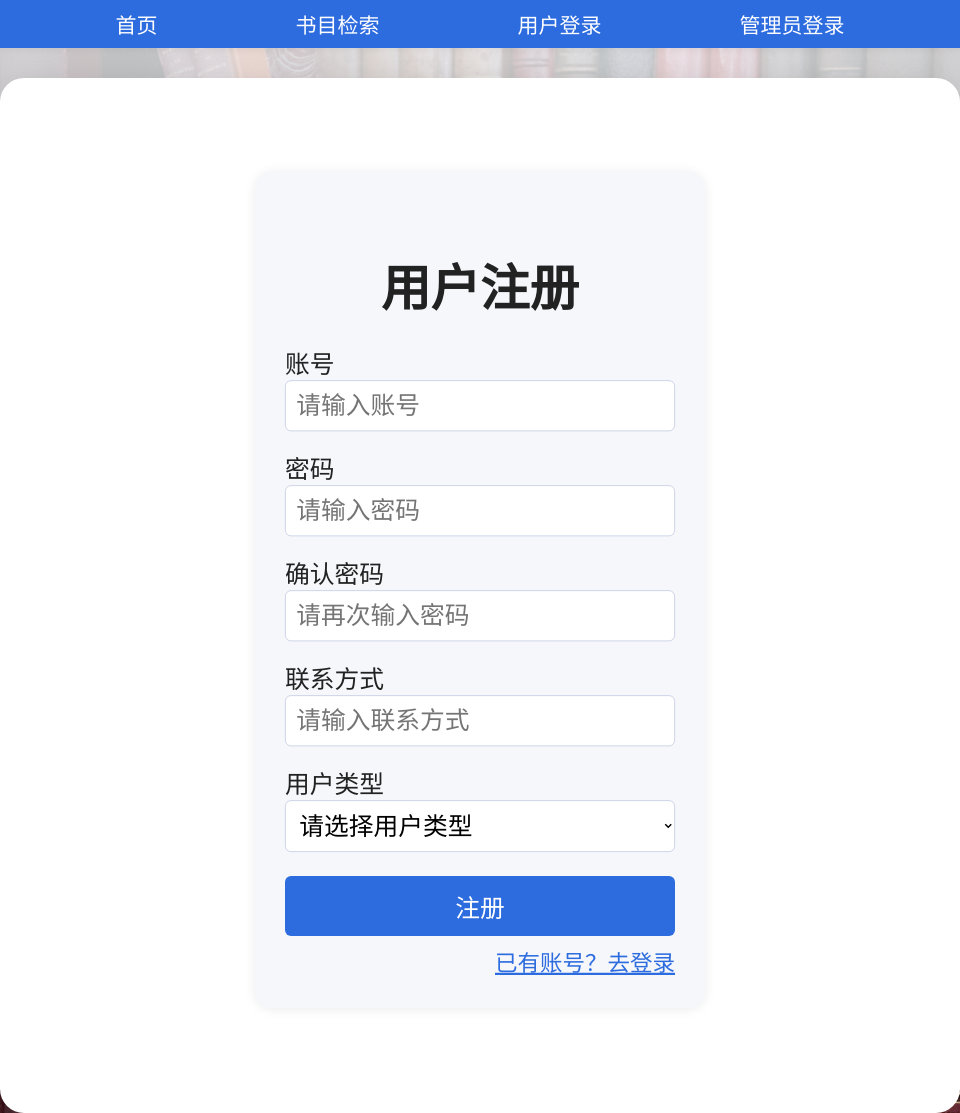
Repository: MercuryRandom/Library-Resource-Management-System
Page: /register (app in frontend/)
The author's editor kept a copy of each file at every save. The page is drawn from the files as they stood at one save, then again after the next save.
The browser window is 1280 px wide. The pictures show the whole page, at 75% of full size.
Backgrounds fixed to the window are drawn as part of the page. The project was rebuilt for these pictures with package versions that can differ from the ones it lists, and the page was loaded fresh each time. Also part of the build but not shown: frontend/vite.config.js, frontend/src/pages/HomePage.jsx, frontend/src/pages/SearchPage.jsx, frontend/src/pages/LoginPage.jsx, frontend/src/pages/AdminLoginPage.jsx, frontend/src/pages/AdminPage.jsx, frontend/src/pages/admin/ReaderManagementPage.jsx, frontend/src/pages/admin/BookManagementPage.jsx and 1 more.

Above is the page before, as saved 2025-06-25 21:20:57.

### frontend/index.html
<!DOCTYPE html>
<html lang="zh-CN">

<head>
  <meta charset="UTF-8" />
  <link rel="icon" type="image/svg+xml" href="/vite.svg" />
  <meta name="viewport" content="width=device-width, initial-scale=1.0" />
  <title>图书管理系统</title>
</head>

<body>
  <div id="root"></div>
  <script type="module" src="/src/main.jsx"></script>
</body>

</html>

### frontend/src/App.jsx
import { BrowserRouter as Router, Routes, Route, useNavigate } from 'react-router-dom';
import MainLayout from './layout/MainLayout';
import HomePage from './pages/HomePage';
import SearchPage from './pages/SearchPage';
import LoginPage from './pages/LoginPage';
import RegisterPage from './pages/RegisterPage';
import UserLibraryPage from './pages/UserLibraryPage';
import AdminLoginPage from './pages/AdminLoginPage';
import AdminPage from './pages/AdminPage';
import ReaderManagementPage from './pages/admin/ReaderManagementPage';
import BookManagementPage from './pages/admin/BookManagementPage';
import BorrowManagementPage from './pages/admin/BorrowManagementPage';
import './App.css';

function App() {
  return (
    <Router>
      <Routes>
        <Route path="/" element={<MainLayout />}>
          <Route index element={<HomePage />} />
          <Route path="search" element={<SearchPage />} />
          <Route path="login" element={<LoginPage />} />
          <Route path="register" element={<RegisterPage />} />
          <Route path="library" element={<UserLibraryPage />} />
          <Route path="admin-login" element={<AdminLoginPage />} />
          <Route path="admin" element={<AdminPage />}>
            <Route path="readers" element={<ReaderManagementPage />} />
            <Route path="books" element={<BookManagementPage />} />
            <Route path="borrowing" element={<BorrowManagementPage />} />
          </Route>
        </Route>
      </Routes>
    </Router>
  );
}

export default App;

### frontend/src/layout/MainLayout.jsx
import React from 'react';
import { Outlet, NavLink } from 'react-router-dom';

const MainLayout = () => {
  return (
    <div>
      <nav>
        <ul>
          <li>
            <NavLink to="/" end className={({ isActive }) => isActive ? 'active' : ''}>首页</NavLink>
          </li>
          <li>
            <NavLink to="/search" className={({ isActive }) => isActive ? 'active' : ''}>书目检索</NavLink>
          </li>
          <li>
            <NavLink to="/login" className={({ isActive }) => isActive ? 'active' : ''}>用户登录</NavLink>
          </li>
          <li>
            <NavLink to="/admin-login" className={({ isActive }) => isActive ? 'active' : ''}>管理员登录</NavLink>
          </li>
        </ul>
      </nav>
      <hr style={{ border: 'none', margin: 0 }} />
      <main>
        <Outlet />
      </main>
    </div>
  );
};

export default MainLayout;

### frontend/src/pages/RegisterPage.jsx
import React, { useState } from 'react';
import { useNavigate } from 'react-router-dom';

const RegisterPage = () => {
  const [username, setUsername] = useState('');
  const [password, setPassword] = useState('');
  const [confirm, setConfirm] = useState('');
  const [contact, setContact] = useState('');
  const [userType, setUserType] = useState('');
  const [error, setError] = useState('');
  const navigate = useNavigate();

  const handleRegister = (e) => {
    e.preventDefault();
    if (!username || !password || !confirm || !contact || !userType) {
      setError('请填写所有信息');
      return;
    }
    if (password !== confirm) {
      setError('两次输入的密码不一致');
      return;
    }
    setError('');
    alert('注册成功，请登录！');
    navigate('/login');
  };

  return (
    <div className="form-card">
      <h2>用户注册</h2>
      <form onSubmit={handleRegister}>
        <label htmlFor="username">账号</label>
        <input
          type="text"
          id="username"
          value={username}
          onChange={(e) => setUsername(e.target.value)}
          placeholder="请输入账号"
        />
        <label htmlFor="password">密码</label>
        <input
          type="password"
          id="password"
          value={password}
          onChange={(e) => setPassword(e.target.value)}
          placeholder="请输入密码"
        />
        <label htmlFor="confirm">确认密码</label>
        <input
          type="password"
          id="confirm"
          value={confirm}
          onChange={(e) => setConfirm(e.target.value)}
          placeholder="请再次输入密码"
        />
        <label htmlFor="contact">联系方式</label>
        <input
          type="text"
          id="contact"
          value={contact}
          onChange={(e) => setContact(e.target.value)}
          placeholder="请输入联系方式"
        />
        <label htmlFor="userType">用户类型</label>
        <select
          id="userType"
          value={userType}
          onChange={e => setUserType(e.target.value)}
          style={{ width: '100%', padding: '14px', fontSize: '1.1em', border: '1px solid #bfc8e0', borderRadius: '8px', marginBottom: '24px', background: '#fff' }}
        >
          <option value="">请选择用户类型</option>
          <option value="学生">学生</option>
          <option value="教职工">教职工</option>
        </select>
        {error && <div style={{ color: 'red', marginBottom: 12 }}>{error}</div>}
        <button type="submit">注册</button>
      </form>
      <span className="form-link" onClick={() => navigate('/login')}>已有账号？去登录</span>
    </div>
  );
};

export default RegisterPage;

### frontend/src/pages/UserLibraryPage.jsx
import React, { useState } from 'react';

const features = [
  { key: 'history', title: '借阅历史查询', desc: '查看我的借阅记录和归还情况', icon: '📖' },
  { key: 'borrow', title: '图书借阅', desc: '在线借阅图书，方便快捷', icon: '📚' },
  { key: 'return', title: '图书归还', desc: '归还已借阅的图书', icon: '🔄' },
  { key: 'reserve', title: '预约借书', desc: '提前预约心仪的图书', icon: '📝' },
];

const featureContent = {
  history: <div style={{ fontSize: 24, marginTop: 24 }}>这里显示借阅历史（示例内容）。</div>,
  borrow: <div style={{ fontSize: 24, marginTop: 24 }}>这里是图书借阅功能（示例内容）。</div>,
  return: <div style={{ fontSize: 24, marginTop: 24 }}>这里是图书归还功能（示例内容）。</div>,
  reserve: <div style={{ fontSize: 24, marginTop: 24 }}>这里是预约借书功能（示例内容）。</div>,
};

const UserLibraryPage = () => {
  const [selected, setSelected] = useState('history');
  return (
    <div>
      <h2 style={{ fontSize: 44, marginBottom: 36, textAlign: 'center' }}>我的图书馆</h2>
      <div style={{ display: 'flex', justifyContent: 'space-between', gap: 40, marginBottom: 40 }}>
        {features.map(f => (
          <FeatureCard key={f.key} {...f} selected={selected === f.key} onClick={() => setSelected(f.key)} />
        ))}
      </div>
      <div>{featureContent[selected]}</div>
    </div>
  );
};

const FeatureCard = ({ title, desc, icon, selected, onClick }) => (
  <div
    className="card-hover"
    style={{
      flex: 1,
      background: selected ? '#e3eafc' : '#f5f7fb',
      borderRadius: 18,
      boxShadow: '0 2px 12px rgba(0,0,0,0.04)',
      padding: '48px 18px',
      textAlign: 'center',
      minWidth: 180,
      cursor: 'pointer',
      fontSize: 28,
      border: selected ? '2.5px solid #2d6cdf' : '2.5px solid transparent',
      fontWeight: 600,
      transition: 'all 0.2s',
    }}
    onClick={onClick}
  >
    <div style={{ fontSize: 60, marginBottom: 22 }}>{icon}</div>
    <div style={{ fontSize: 30, fontWeight: 700, marginBottom: 16 }}>{title}</div>
    <div style={{ color: '#666', fontSize: 22 }}>{desc}</div>
  </div>
);

export default UserLibraryPage;

### frontend/src/App.css
body {
  margin: 0;
  padding: 0;
  font-family: 'Segoe UI', 'Arial', sans-serif;
  background: url('/image.png') no-repeat center center fixed;
  background-size: cover;
  color: #222;
  font-size: 24px;
  position: relative;
}

body::before {
  content: '';
  position: fixed;
  left: 0;
  top: 0;
  right: 0;
  bottom: 0;
  background: rgba(255, 255, 255, 0.75);
  /* 可调整透明度和颜色 */
  z-index: 0;
  pointer-events: none;
}

#root {
  min-height: 100vh;
  display: flex;
  flex-direction: column;
  position: relative;
  z-index: 1;
}

nav {
  background: #2d6cdf;
  padding: 0 0;
  box-shadow: 0 2px 8px rgba(0, 0, 0, 0.04);
}

nav ul {
  display: flex;
  justify-content: center;
  align-items: center;
  margin: 0;
  padding: 0;
  list-style: none;
  height: 64px;
}

nav ul li {
  margin: 0 60px;
}

nav ul li a {
  color: #fff;
  text-decoration: none;
  font-size: 28px;
  font-weight: 500;
  padding: 14px 32px;
  border-radius: 8px;
  transition: background 0.2s;
}

nav ul li a:hover,
nav ul li a.active {
  background: #174ea6;
}

main {
  flex: 1;
  max-width: 1600px;
  margin: 40px auto 0 auto;
  background: #fff;
  border-radius: 32px;
  box-shadow: 0 4px 32px rgba(0, 0, 0, 0.10);
  padding: 64px 80px 80px 80px;
  font-size: 1.25em;
  position: relative;
  z-index: 2;
}

/* 登录/注册卡片样式 */
.form-card {
  max-width: 520px;
  margin: 60px auto;
  padding: 48px 40px 40px 40px;
  background: #f5f7fb;
  border-radius: 24px;
  box-shadow: 0 2px 16px rgba(0, 0, 0, 0.08);
}

.form-card h2 {
  text-align: center;
  margin-bottom: 32px;
  font-size: 2.2em;
}

.form-card label {
  font-size: 1.1em;
  margin-bottom: 8px;
}

.form-card input {
  width: 100%;
  padding: 14px;
  font-size: 1.1em;
  border: 1px solid #bfc8e0;
  border-radius: 8px;
  margin-bottom: 24px;
  background: #fff;
  box-sizing: border-box;
}

.form-card button {
  width: 100%;
  padding: 16px;
  font-size: 1.1em;
  background: #2d6cdf;
  color: #fff;
  border: none;
  border-radius: 8px;
  margin-top: 8px;
  cursor: pointer;
  transition: background 0.2s;
}

.form-card button:hover {
  background: #174ea6;
}

.form-card .form-link {
  display: block;
  text-align: right;
  margin-top: 12px;
  color: #2d6cdf;
  text-decoration: underline;
  cursor: pointer;
  font-size: 1em;
}

@media (max-width: 900px) {
  main {
    max-width: 98vw;
    padding: 16px 2vw;
  }

  nav ul li {
    margin: 0 10px;
  }

  nav ul li a {
    font-size: 18px;
    padding: 8px 10px;
  }

  .form-card {
    padding: 24px 8px 24px 8px;
  }
}

.logo {
  height: 6em;
  padding: 1.5em;
  will-change: filter;
  transition: filter 300ms;
}

.logo:hover {
  filter: drop-shadow(0 0 2em #646cffaa);
}

.logo.react:hover {
  filter: drop-shadow(0 0 2em #61dafbaa);
}

@keyframes logo-spin {
  from {
    transform: rotate(0deg);
  }

  to {
    transform: rotate(360deg);
  }
}

@media (prefers-reduced-motion: no-preference) {
  a:nth-of-type(2) .logo {
    animation: logo-spin infinite 20s linear;
  }
}

.card {
  padding: 2em;
}

.read-the-docs {
  color: #888;
}

.card-hover {
  transition: box-shadow 0.25s, transform 0.25s;
  box-shadow: 0 2px 12px rgba(0, 0, 0, 0.04);
}

.card-hover:hover {
  box-shadow: 0 8px 32px rgba(45, 108, 223, 0.18);
  transform: translateY(-10px) scale(1.03);
  z-index: 2;
}

Loaded but not shown: frontend/src/main.jsx (common file)

After the next save:
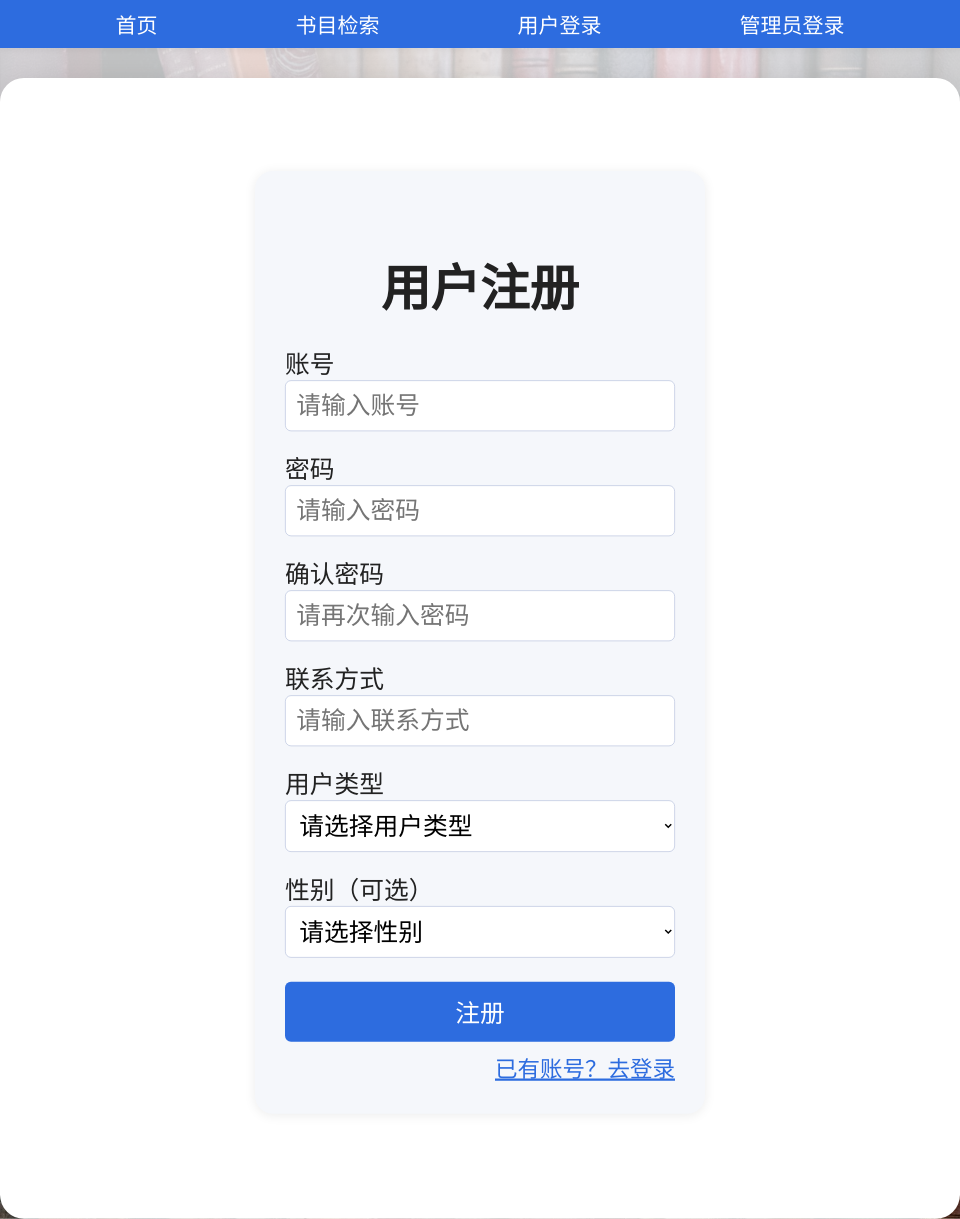
Saved 48 s later.
--- a/frontend/src/pages/RegisterPage.jsx
+++ b/frontend/src/pages/RegisterPage.jsx
@@ -7,6 +7,7 @@ const RegisterPage = () => {
   const [confirm, setConfirm] = useState('');
   const [contact, setContact] = useState('');
   const [userType, setUserType] = useState('');
+  const [gender, setGender] = useState('');
   const [error, setError] = useState('');
   const navigate = useNavigate();
 
@@ -72,6 +73,18 @@ const RegisterPage = () => {
           <option value="学生">学生</option>
           <option value="教职工">教职工</option>
         </select>
+        <label htmlFor="gender">性别（可选）</label>
+        <select
+          id="gender"
+          value={gender}
+          onChange={e => setGender(e.target.value)}
+          style={{ width: '100%', padding: '14px', fontSize: '1.1em', border: '1px solid #bfc8e0', borderRadius: '8px', marginBottom: '24px', background: '#fff' }}
+        >
+          <option value="">请选择性别</option>
+          <option value="男">男</option>
+          <option value="女">女</option>
+          <option value="其他">其他</option>
+        </select>
         {error && <div style={{ color: 'red', marginBottom: 12 }}>{error}</div>}
         <button type="submit">注册</button>
       </form>
